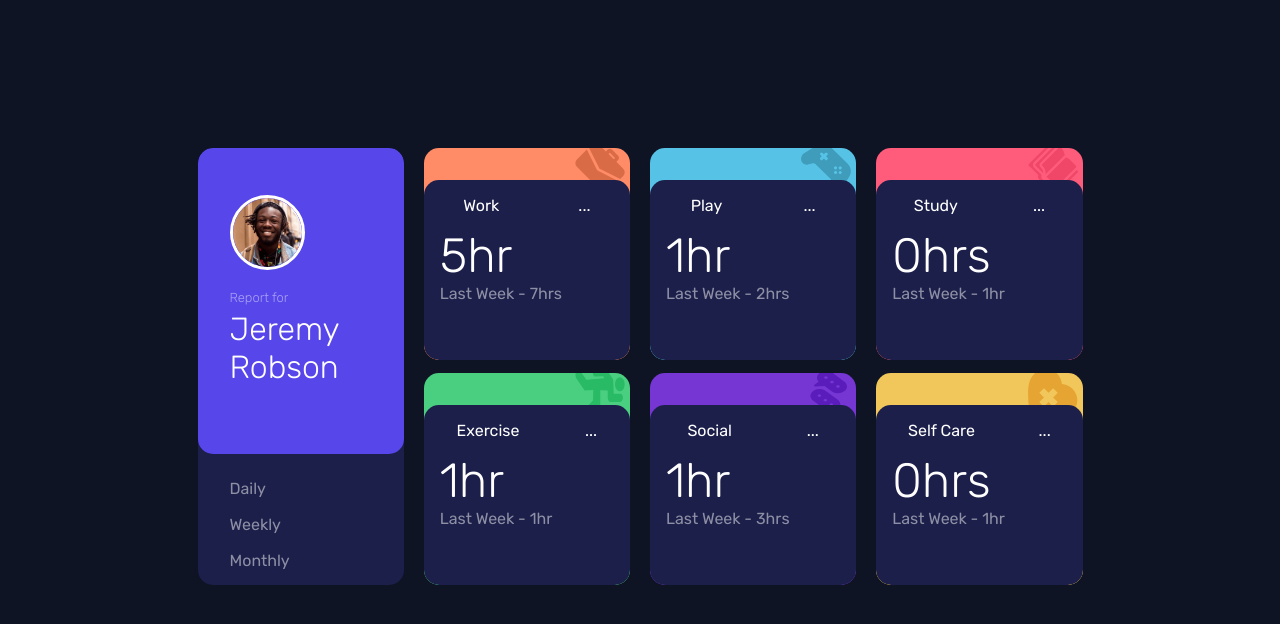
Repository: 3mr-5aled/time-tracking-dashboard-Junior
Page: index.html
The author's editor kept a copy of each file at every save. The page is drawn from the files as they stood at one save, then again after the next save.
The browser window is 1280 px wide. The pictures show the whole page.

Above is the page before, as saved 2022-12-27 21:11:17.

After the next save:
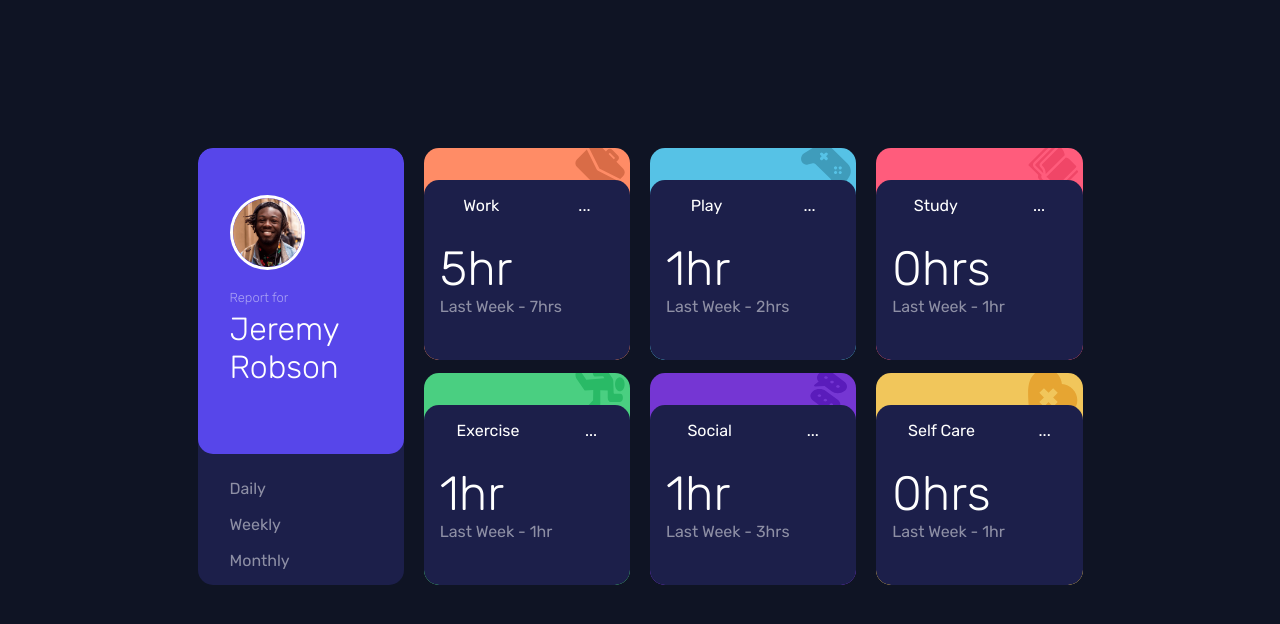
Saved 6 s later.
--- a/style.css
+++ b/style.css
@@ -146,7 +146,7 @@ body {
 }
 .usage {
   padding: 1rem;
-  padding-top: 0.8rem;
+  padding-top: 25px;
 }
 h4 {
   font-weight: 200;
